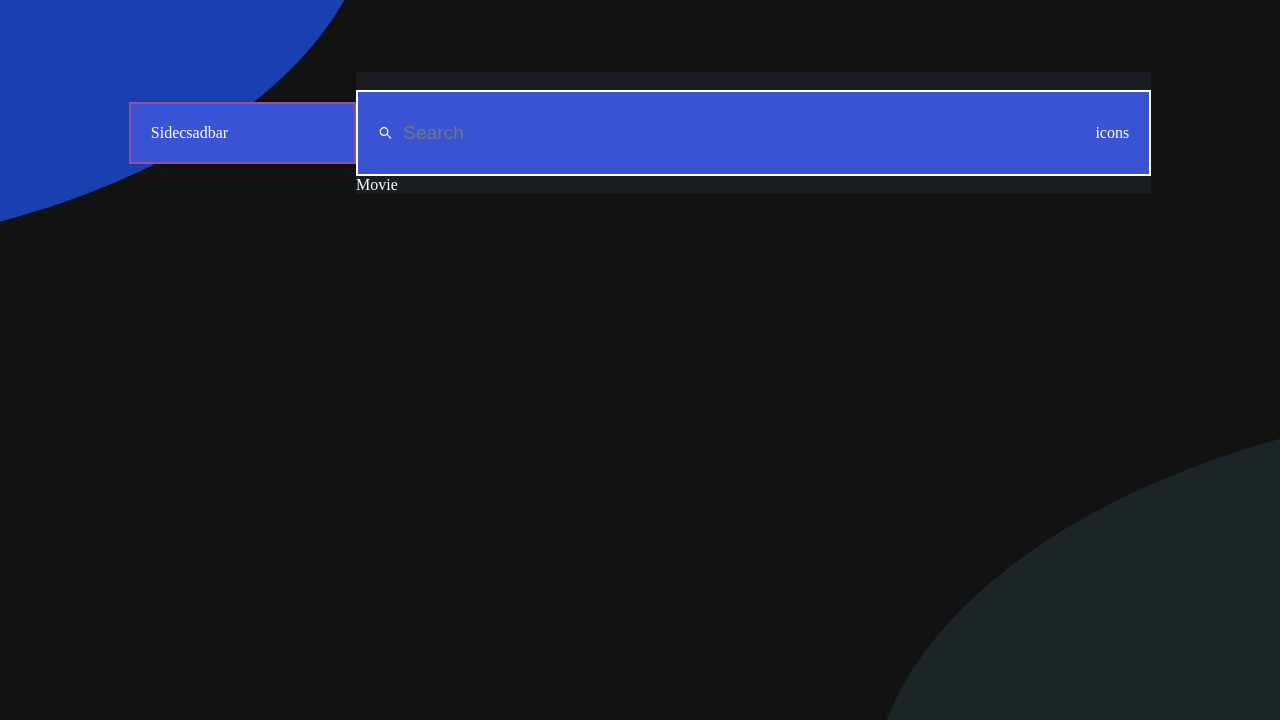
Repository: DevLaukey/movie-task
Page: /
An editor plug-in stored every save of this project. The page is shown before and after the next save, followed by the edit.
The browser window is 1280 px wide. The pictures show the whole page.
The project was rebuilt for these pictures with package versions that can differ from the ones it lists, and the page was loaded fresh each time. Also part of the build but not shown: src/components/Body/Movies.css.

Above is the page before, as saved 2022-06-15 13:16:10.

After the next save:
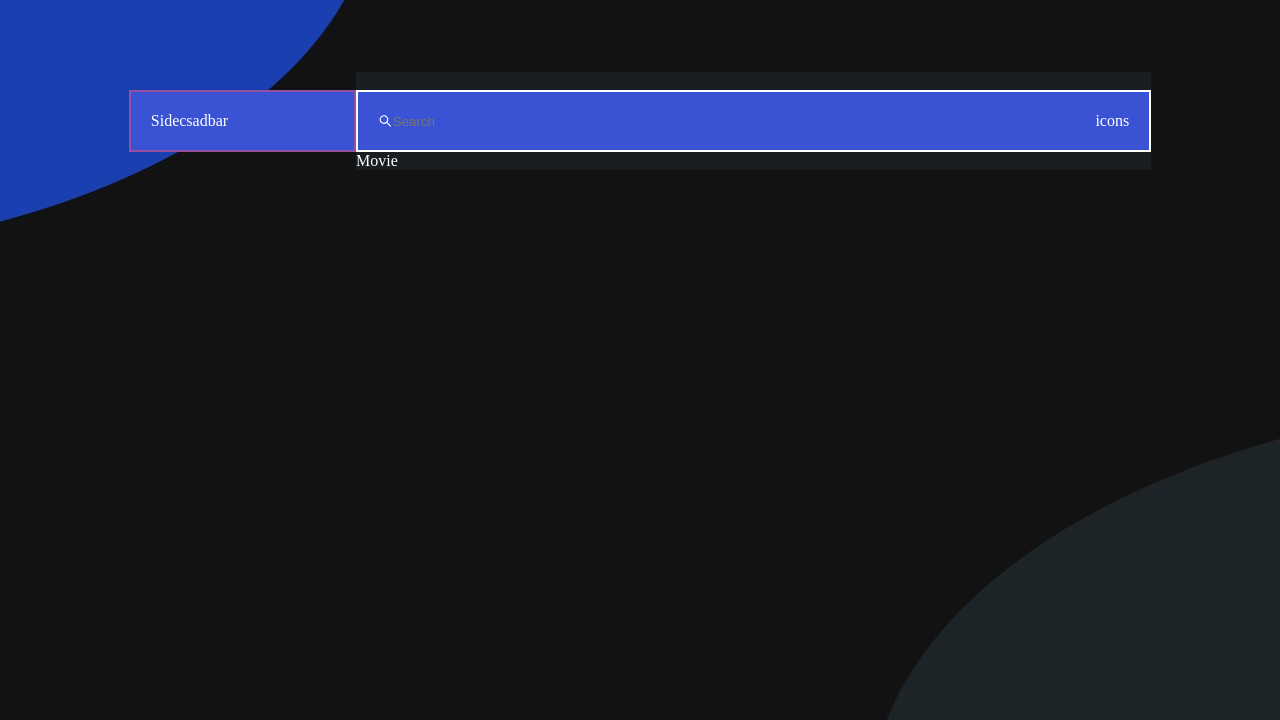
Saved 19 s later.
--- a/src/components/Body/Nav/Nav.css
+++ b/src/components/Body/Nav/Nav.css
@@ -18,6 +18,4 @@
     border: none;
     background-color: #3a53d4;
     color: #fff;
-    padding: 10px;
-    font-size: 1.2em;
 }
